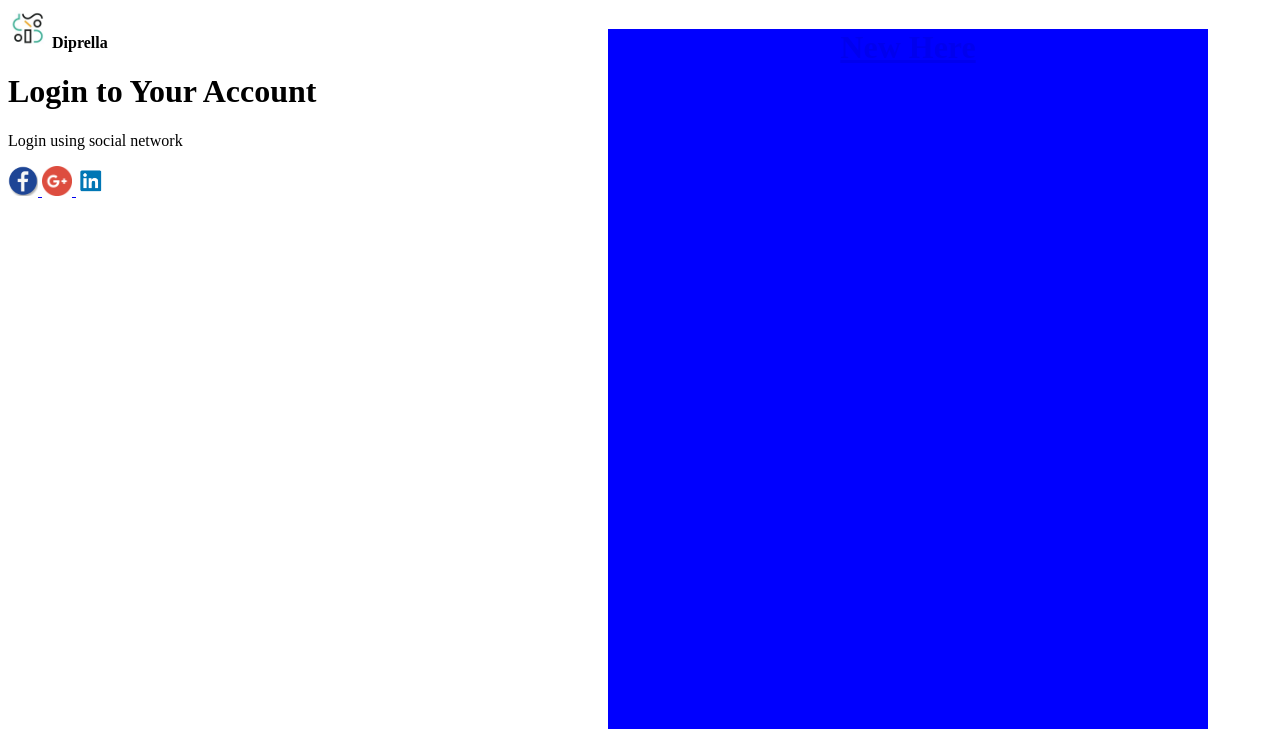
Repository: Tobby004/bdc-assignment-3
Page: task.html
An editor plug-in stored every save of this project. The page is shown before and after the next save, followed by the edit.
The browser window is 1280 px wide. The pictures show the whole page.

Above is the page before, as saved 2023-02-21 09:22:45.

After the next save:
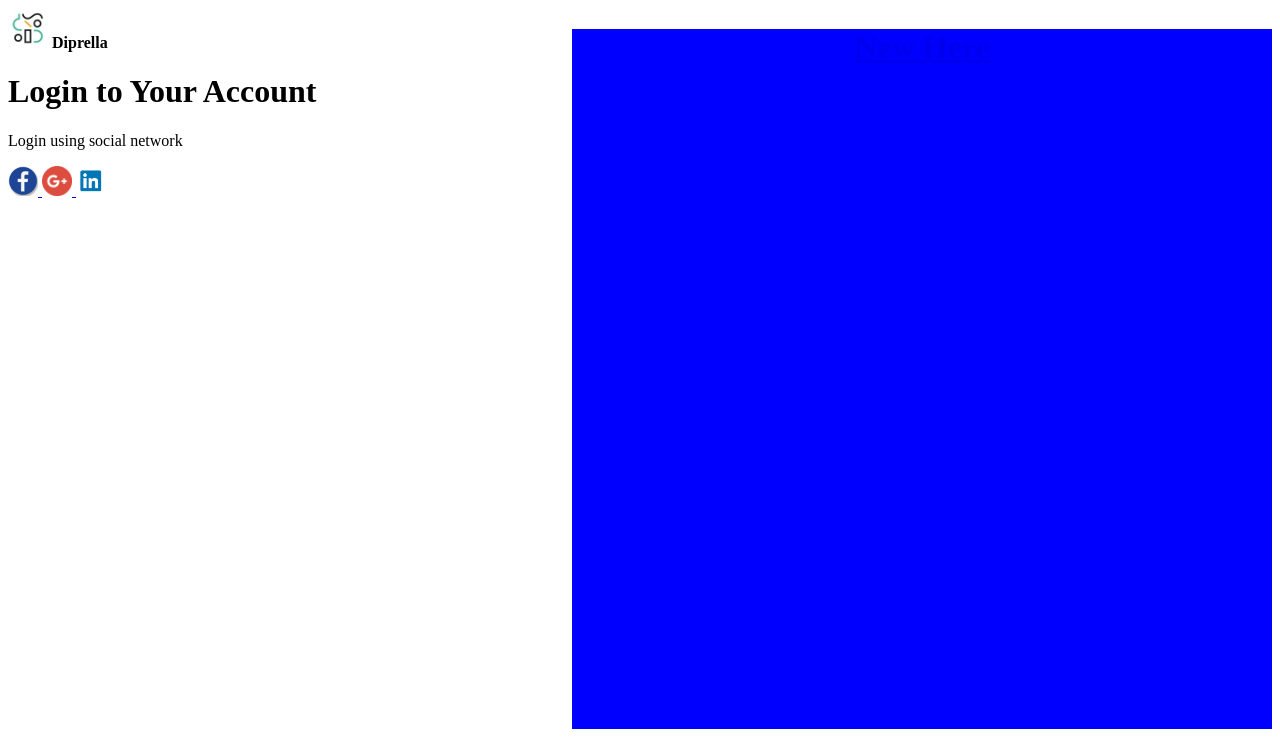
Saved 19 s later.
--- a/task.css
+++ b/task.css
@@ -14,7 +14,7 @@ display: flex;
 .box2 {
     background-color: blue;
     height: 700px;
-    width: 600px;
+    width: 700px;
 }
 h1{
     text-align: center;
